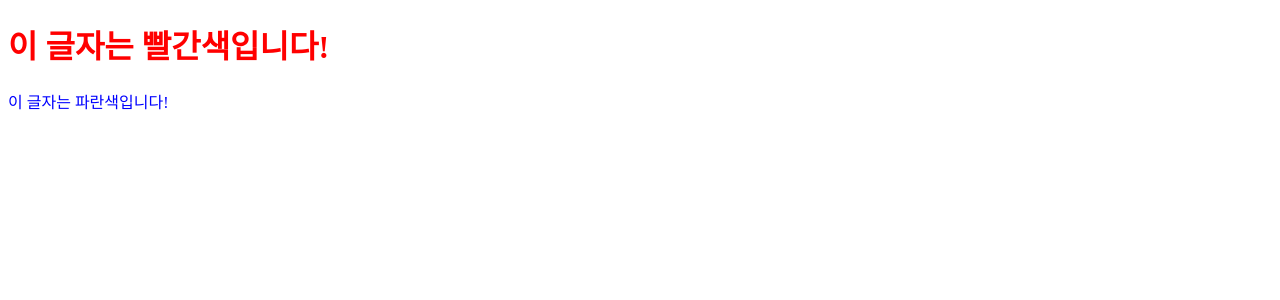
Repository: Johyerim06/Class_internetProgramming
Page: class01/dd/index.html
The author's editor kept a copy of each file at every save. The page is drawn from the files as they stood at one save, then again after the next save.
The browser window is 1280 px wide. The pictures show the whole page.

Above is the page before, as saved 2025-03-13 10:21:49.

After the next save:
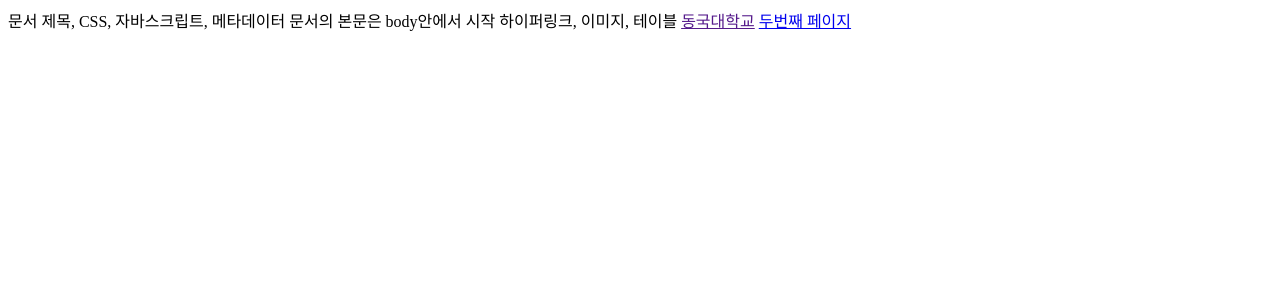
Saved 2 s later.
--- a/class01/dd/index.html
+++ b/class01/dd/index.html
@@ -1,20 +1,14 @@
 <!DOCTYPE html>
-<html lang="ko">
-<head>
-    <meta charset="UTF-8">
-    <meta name="viewport" content="width=device-width, initial-scale=1.0">
-    <title>폰트 색상 변경</title>
-    <style>
-        h1 {
-            color: red; /* h1 태그의 글자 색을 빨간색으로 변경 */
-        }
-        p {
-            color: blue; /* p 태그의 글자 색을 파란색으로 변경 */
-        }
-    </style>
-</head>
-<body>
-    <h1>이 글자는 빨간색입니다!</h1>
-    <p>이 글자는 파란색입니다!</p>
-</body>
+<html>
+	<!-- 나는 주석(comment) 실행되지 않음 -->
+	<head>
+	    문서 제목, CSS, 자바스크립트, 메타데이터
+	</head>
+	<!-- 바디 시작 -->
+	<body>
+	    문서의 본문은 body안에서 시작
+		하이퍼링크, 이미지, 테이블
+		<a href="">동국대학교</a>
+		<a href="2.html">두번째 페이지</a>
+	</body>
 </html>
